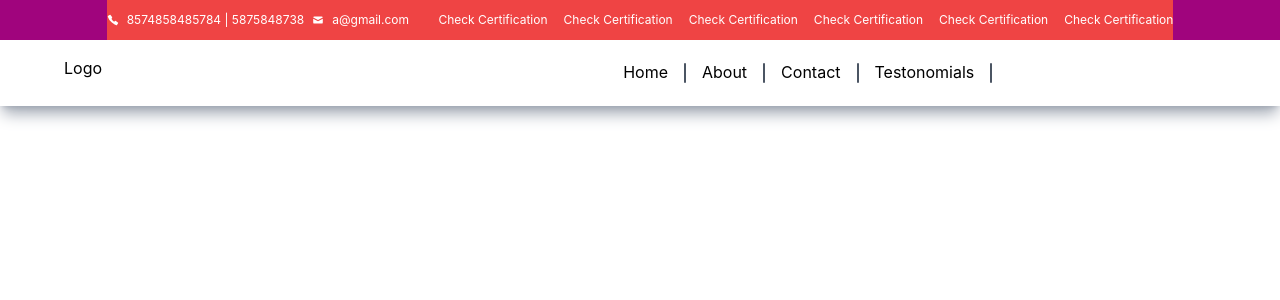
Repository: Sushant203/react-training-
Page: /
An editor plug-in stored every save of this project. The page is shown before and after the next save, followed by the edit.
The browser window is 1280 px wide. The pictures show the whole page.
The project was rebuilt for these pictures with package versions that can differ from the ones it lists, and the page was loaded fresh each time. Also part of the build but not shown: src/App.css, src/components/LowerNav.jsx, src/components/UpperNav.jsx.

Above is the page before, as saved 2022-12-19 10:00:36.

After the next save:
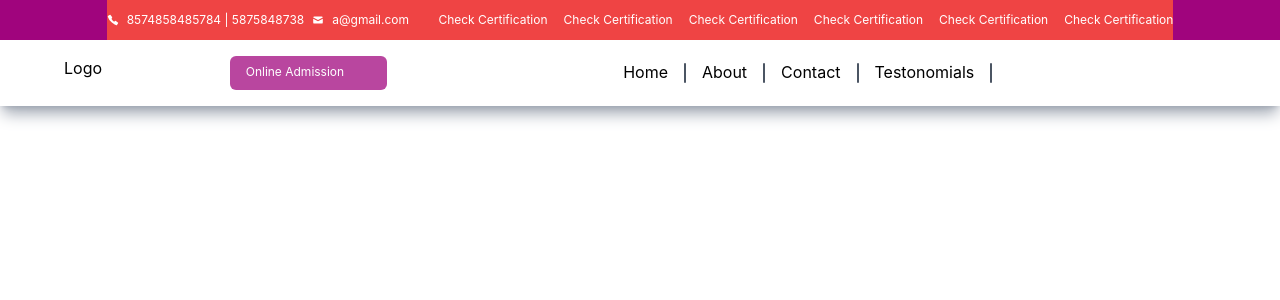
Saved 8 s later.
--- a/src/components/Naviagtion/Toolbar/Secondary.jsx
+++ b/src/components/Naviagtion/Toolbar/Secondary.jsx
@@ -18,7 +18,7 @@ function Secondary() {
   return (
     <div className="grid grid-cols-3 md:grid-cols-7 gap-2 justify-between px-16 w-full py-4 bg-white">
       <div>Logo</div>
-      <div className="bg-mainColorpx-0 md:px-4 py-2 animate-pulse duration-700 delay-200 text-xs rounded-md transition-all cursor-pointer text-white">
+      <div className="bg-mainColor px-0 md:px-4 py-2 animate-pulse duration-700 delay-200 text-xs rounded-md transition-all cursor-pointer text-white">
         Online Admission
       </div>
       <div className="md:col-span-5 hidden md:flex justify-center items-center gap-3">
